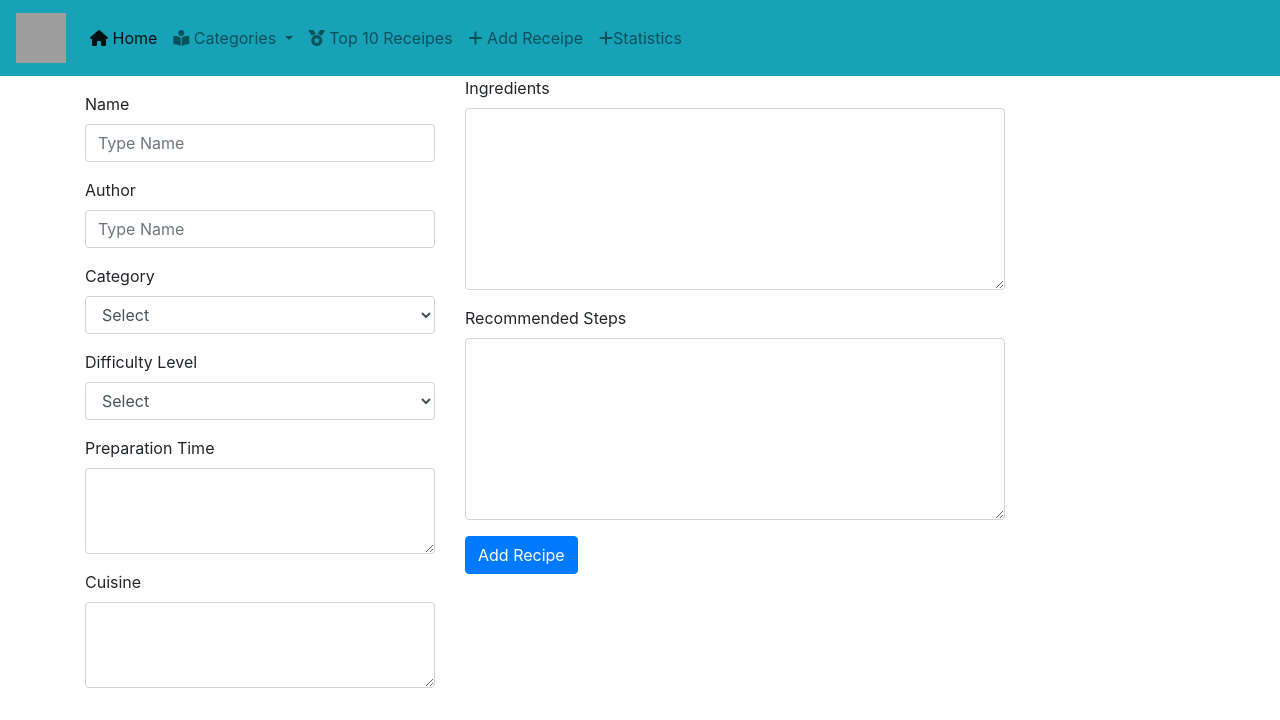
Repository: toderas/Flask-Cook-Book
Page: templates/addrecipe.html
The author's editor kept a record of every edit. The page is drawn from the files as they stood at one moment, then again after the next edit.
The browser window is 1280 px wide. The pictures show the whole page.
Pictures or frames that could not be fetched are drawn as grey boxes. Some web libraries are served in a nearby version. The page is served by the project's application, run on Flask 3 (cookbook.py). The template is opened directly, without the code that normally fills it, so the values that code supplies are empty.

Above is the page before.

### templates/addrecipe.html
{% extends 'home.html'%} {% block content %}
<div class="container">
  <form action="{{url_for('insert_recipe')}}" method="POST" action="">
    <div class="row">
      <div class="col-12 col-md-4">
        <!--Testing validators-->

          <div class="form-group">
                    {{ form.author.label(class="form-control-label") }}

                    {% if form.author.errors %}
                        {{ form.author(class="form-control form-control-lg is-invalid") }}
                        <div class="invalid-feedback">
                            {% for error in form.author.errors %}
                                <span>{{ error }}</span>
                            {% endfor %}
                        </div>
                    {% else %}
                        {{ form.author(class="form-control form-control-lg") }}
                    {% endif %}
                </div>
        <!--END-->
        <div class="form-group">
          <label for="Name">Name</label>
          <input type="text"  class="form-control" id="dish_name" name="dish_name" placeholder="Type Name" required>
        </div>
        <div class="form-group">
          <label for="Author">Author</label>
          <input type="text" class="form-control" id="dish_author" name="dish_author" placeholder="Type Name" required>
        </div>
        <div class="form-group">
          <label for="Category">Category</label>
          <select class="form-control" id="categories" name="category_name" required>
            <option value="" selected disabled>Select</option>
            {% for course in categories %}
              <option  value="{{course.category_name}}">{{course.category_name}}</option>
            {% endfor %}
          </select>
        </div>
        <div class="form-group">
          <label for="Difficulty Level">Difficulty Level</label>
          <select class="form-control" id="dish_required_skill" name="dish_required_skill" required>
      <option value="" selected disabled>Select</option>
      {% for required in skills %}
                      <option  value="{{required.skill_name}}">{{required.skill_name}}</option>
                  {% endfor %}
  </select>
        </div>
        <div class="form-group">
          <label for="Preparation time">Preparation Time</label>
          <textarea class="form-control" name="dish_prep_time" id="dish_prep_time" rows="3" required></textarea>
        </div>
        <div class="form-group">
          <label for="Cuisine">Cuisine</label>
          <textarea name="dish_origin_cuisine" class="form-control" id="dish_origin_cuisine" rows="3"></textarea>
        </div>
      </div>
      <div class="col-md-6">
        <div class="form-group">
          <label for="Ingredients">Ingredients</label>
          <textarea class="form-control" name="dish_ingredients" id="dish_ingredients" rows="7"></textarea>
        </div>
        <div class="form-group">
          <label for="Recommended Steps">Recommended Steps</label>
          <textarea class="form-control" name="dish_preparation_steps" id="dish_preparation_steps" rows="7"></textarea>
        </div>
        <button class="btn btn-primary" type="submit">Add Recipe</button>
      </div>
    </div>
    <!--Testing-->
      <div class="form-group">
                {{ form.submit(class="btn btn-outline-info") }}
            </div>
    <!--END-->
  </form>
</div>


{% endblock %}

### templates/home.html
<!DOCTYPE html>
<html lang="en">

<head>
  <meta charset="UTF-8">
  <meta name="viewport" content="width=device-width, initial-scale=1.0">
  <meta http-equiv="X-UA-Compatible" content="ie=edge">
  <!--CSS-->
  <link rel="stylesheet" href="{{url_for('static', filename='css/style.css')}}" type="text/css" />
  <!--Bootstrap-->
  <link rel="stylesheet" href="https://stackpath.bootstrapcdn.com/bootstrap/4.1.3/css/bootstrap.min.css" integrity="sha384-MCw98/SFnGE8fJT3GXwEOngsV7Zt27NXFoaoApmYm81iuXoPkFOJwJ8ERdknLPMO" crossorigin="anonymous">

  <title>Document</title>
</head>

<body>
  <nav class="navbar navbar-expand-lg navbar-light bg-info">
    <a class="navbar-brand" href="{{url_for('recipes')}}"><img class="logo-image" alt="chef logo" src="https://encrypted-tbn0.gstatic.com/images?q=tbn:ANd9GcRTUhnKjobAOjmlVUzxfUoGj2VBu2mOXKPmnmZjkuTfKeNhWaxOfg"></img></a>
    <button class="navbar-toggler" type="button" data-toggle="collapse" data-target="#navbarNavDropdown" aria-controls="navbarNavDropdown" aria-expanded="false" aria-label="Toggle navigation">
    <span class="navbar-toggler-icon"></span>
  </button>
    <div class="collapse navbar-collapse" id="navbarNavDropdown">
      <ul class="navbar-nav">
        <li class="nav-item active">
          <a class="nav-link" href="{{url_for('recipes')}}"> <i class="fas fa-home"></i> Home <span class="sr-only">(current)</span></a>
        </li>
        <li class="nav-item dropdown">
          <a class="nav-link dropdown-toggle" href="#" id="navbarDropdownMenuLink" role="button" data-toggle="dropdown" aria-haspopup="true" aria-expanded="false">
           <i class="fas fa-book-reader"></i> Categories
        </a>
          <div class="dropdown-menu" aria-labelledby="navbarDropdownMenuLink">
            <a class="dropdown-item" href="{{url_for('aperitif')}}">Aperitifs</a>
            <a class="dropdown-item" href="{{url_for('starter')}}">Starters</a>
            <a class="dropdown-item" href="{{url_for('intermediate')}}">Intermediate</a>
            <a class="dropdown-item" href="{{url_for('main')}}">Mains</a>
            <a class="dropdown-item" href="{{url_for('dessert')}}">Desserts</a>
          </div>
        </li>
        <li class="nav-item">
          <a class="nav-link" href="{{url_for('top_ten')}}"> <i class="fas fa-medal"></i> Top 10 Receipes</a>
        </li>
        <li class="nav-item">
          <a class="nav-link" href="{{url_for('addrecipe')}}"><i class="fas fa-plus"></i> Add Receipe</a>
        </li>
        <li class="nav-item">
          <a class="nav-link" href="{{url_for('show_chart')}}"><i class="fas fa-plus"></i>Statistics</a>
        </li>
      </ul>
    </div>
  </nav>
  {% block content %} {% endblock %}

</body>
<!--Font Awesome-->
<script src="https://kit.fontawesome.com/9e425c7d13.js"></script>
<!--Bootstrap js-->
<script src="https://code.jquery.com/jquery-3.3.1.slim.min.js" integrity="sha384-q8i/X+965DzO0rT7abK41JStQIAqVgRVzpbzo5smXKp4YfRvH+8abtTE1Pi6jizo" crossorigin="anonymous"></script>
<script src="https://cdnjs.cloudflare.com/ajax/libs/popper.js/1.14.3/umd/popper.min.js" integrity="sha384-ZMP7rVo3mIykV+2+9J3UJ46jBk0WLaUAdn689aCwoqbBJiSnjAK/l8WvCWPIPm49" crossorigin="anonymous"></script>
<script src="https://stackpath.bootstrapcdn.com/bootstrap/4.1.3/js/bootstrap.min.js" integrity="sha384-ChfqqxuZUCnJSK3+MXmPNIyE6ZbWh2IMqE241rYiqJxyMiZ6OW/JmZQ5stwEULTy" crossorigin="anonymous"></script>

</html>

### cookbook.py
import os
from flask import Flask, render_template, redirect, request, url_for, request
from flask_pymongo import PyMongo
from bson.objectid import ObjectId

app=Flask(__name__)

app.config["MONGO_DBNAME"] = 'cook-book'
app.config["MONGO_URI"] = 'mongodb+srv://tode:1Martie1998@myfirstcluster-dxyoc.mongodb.net/cook-book?retryWrites=true&w=majority'

mongo = PyMongo(app)



@app.route("/")
def hello():
    return "Hello World!"



if __name__ == '__main__':
    app.run(host=os.environ.get('IP'),
            port=int(os.environ.get('PORT')),
            debug=True)

#if __name__ == '__main__':
  #  app.run(host='0.0.0.0', port=8080, debug=True)

### static/css/style.css
.logo-image {
    width: 50px;
    height: 50px;
}
.list-inline-item:not(:last-child) {
    margin: 0 !important;
}

After the next edit:
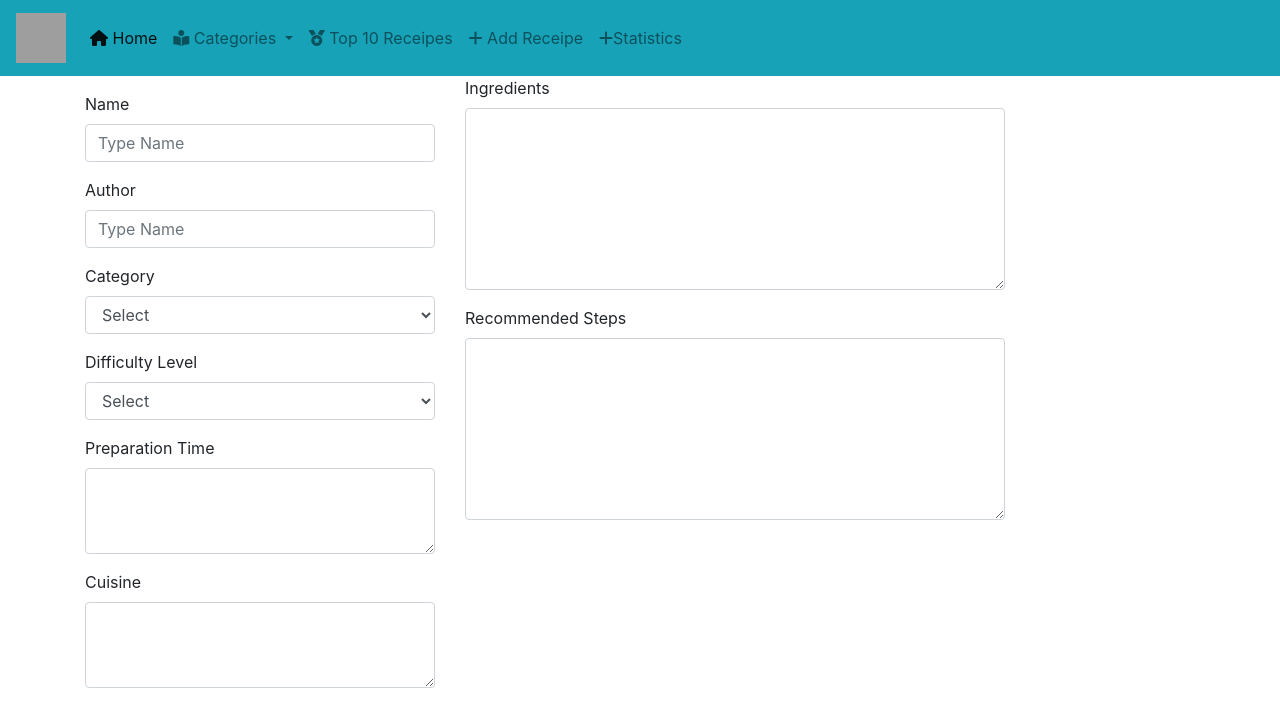
The edit:
--- a/templates/addrecipe.html
+++ b/templates/addrecipe.html
@@ -64,7 +64,7 @@
           <label for="Recommended Steps">Recommended Steps</label>
           <textarea class="form-control" name="dish_preparation_steps" id="dish_preparation_steps" rows="7"></textarea>
         </div>
-        <button class="btn btn-primary" type="submit">Add Recipe</button>
+       <!-- <button class="btn btn-primary" type="submit">Add Recipe</button>-->
       </div>
     </div>
     <!--Testing-->
